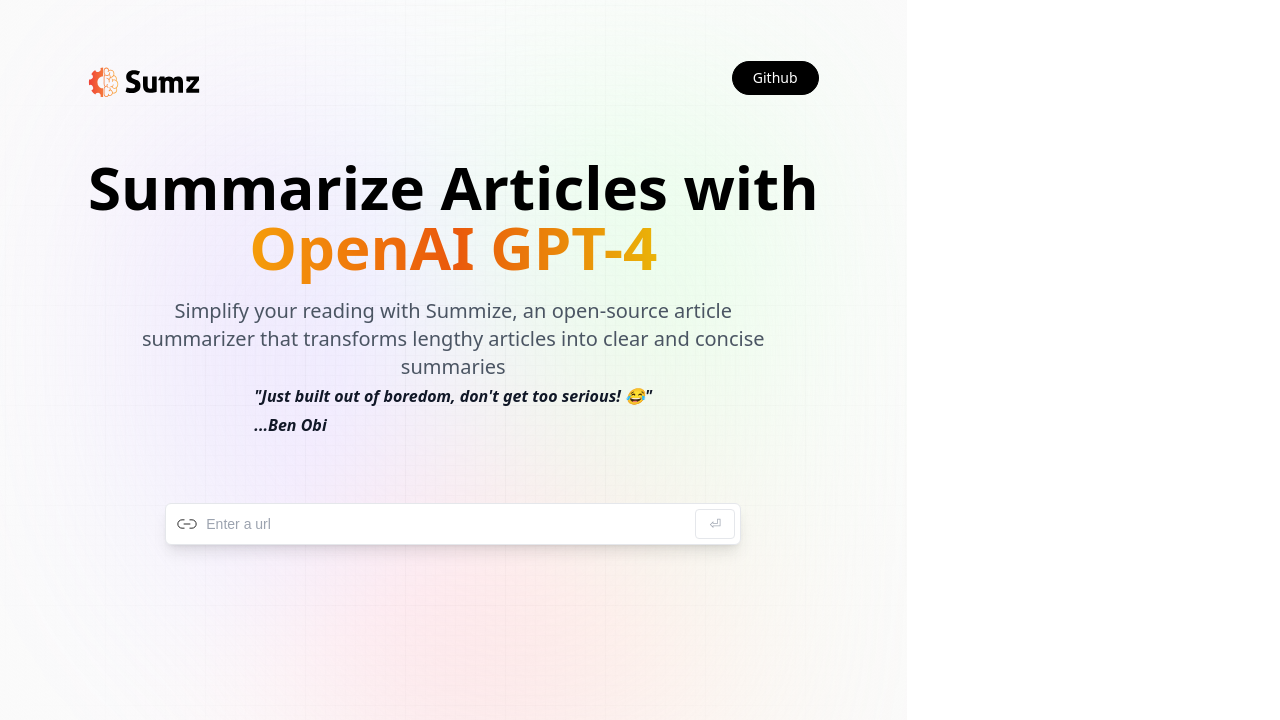
Repository: specialobyno/chatgpt-4
Page: /
An editor plug-in stored every save of this project. The page is shown before and after a run of saves, followed by the edit.
The browser window is 1280 px wide. The pictures show the whole page.
The page's requests for data from a server got no answer. An inner scrolling area shows only its first screen. Some web fonts or font styles are not loaded; a fallback is used. The project was rebuilt for these pictures with package versions that can differ from the ones it lists, and the page was loaded fresh each time. No one was signed in, and anything a server would have sent is missing. Also part of the build but not shown: vite.config.ts.

Above is the page before, as saved 2023-04-24 03:29:41.

After the next 2 saves:
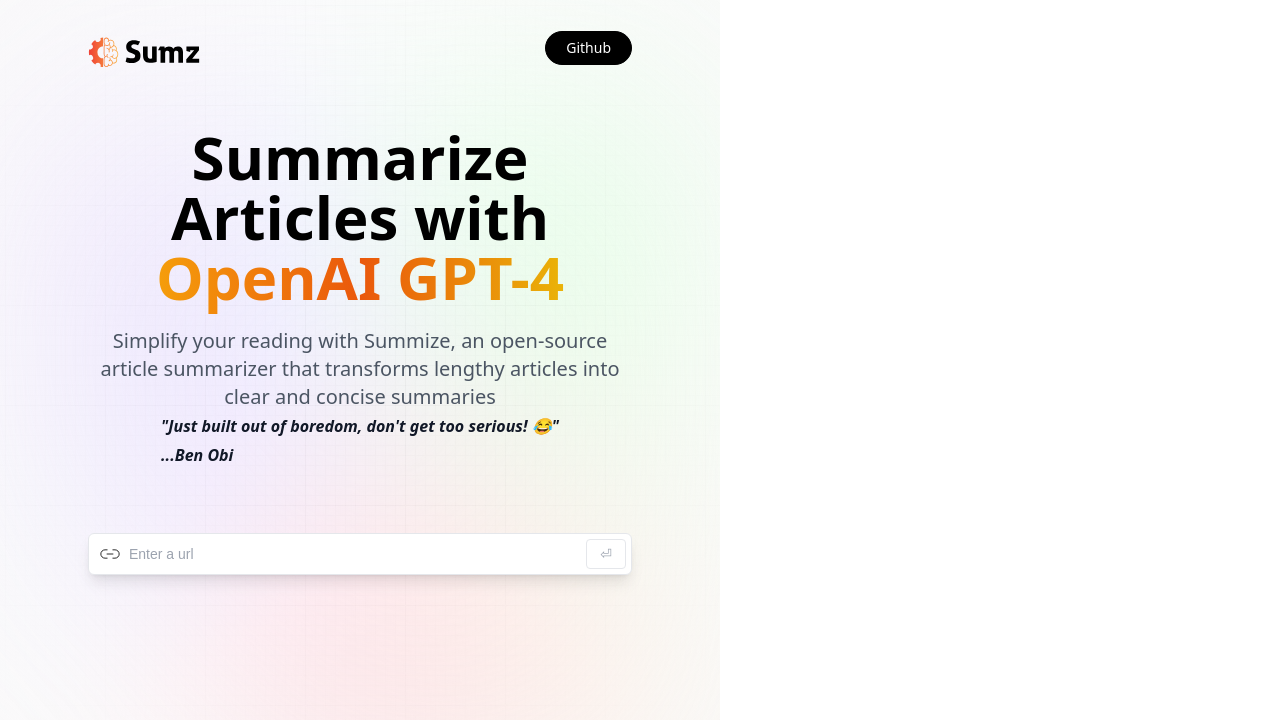
The 2 saves are shown as one change because they came seconds apart.
The last was saved 23 s later.
--- a/src/App.css
+++ b/src/App.css
@@ -7,8 +7,7 @@
 */
 
 .main {
-  min-width: 100vh;
-  min-height: 100vh;
+  width: 100vh;
   height: 100%;
   position: fixed;
   display: flex;
